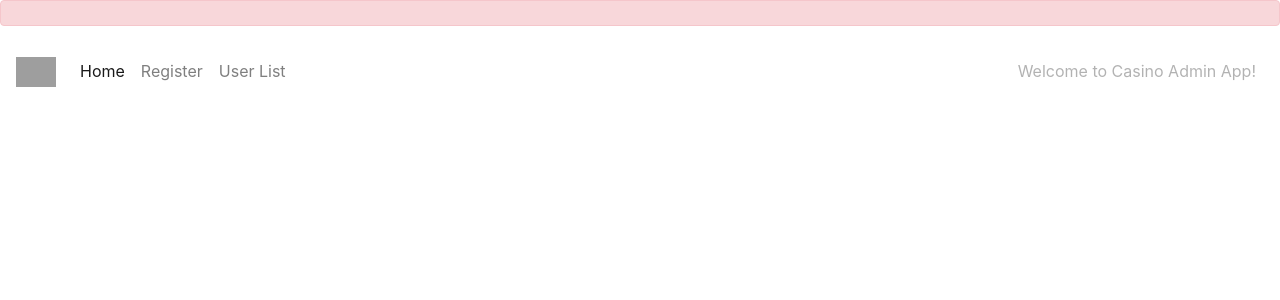
Repository: piyushrulesyou/CasinoGameApplication
Page: http://localhost/adminPanel/
These files come from the project's save history. The page is drawn as it stood at one moment and after the next save; the edit follows.
The browser window is 1280 px wide. The pictures show the whole page.
Pictures or frames that could not be fetched are drawn as grey boxes. The page is served by Tomcat 9. Nobody is signed in. The application's start-up code is not run. Other server files are loaded and not shown.

Above is the page before, as saved 2019-10-31 11:28:31.

### AdminPanel/adminPanel/src/main/webapp/index.jsp
<%@ taglib uri="http://java.sun.com/jsp/jstl/core" prefix="c"%>

<%@ page language="java" contentType="text/html; charset=ISO-8859-1"
	pageEncoding="ISO-8859-1" isELIgnored="false"%>

<!DOCTYPE html>
<html>
<head>
<title>Admin HomePage</title>
<meta charset="utf-8">

<meta name="viewport" content="width=device-width, initial-scale=1">


<link rel="stylesheet"
	href="https://maxcdn.bootstrapcdn.com/bootstrap/4.3.1/css/bootstrap.min.css">
<script
	src="https://ajax.googleapis.com/ajax/libs/jquery/3.4.1/jquery.min.js"></script>
<script
	src="https://cdnjs.cloudflare.com/ajax/libs/popper.js/1.14.7/umd/popper.min.js"></script>
<script
	src="https://maxcdn.bootstrapcdn.com/bootstrap/4.3.1/js/bootstrap.min.js"></script>
</head>
<body>
	<!-- 	background="https://images.fineartamerica.com/images/artworkimages/mediumlarge/2/collection-of-las-vegas-casino-chips-1-aloha-art.jpg"> -->


	<c:if test="${successMessage != null}">
		<div class="alert alert-success">
			<strong>Success!</strong> Customer with ID
			${successMessageRegistration} Registered Successfully!!
		</div>
	</c:if>

	<c:if test="${!statusMessage}">
		<div class="alert alert-danger">

		</div>
	</c:if>


	<!-- 	<nav class="navbar navbar-expand-sm bg-dark navbar-dark"> -->
	<nav class="navbar navbar-expand-sm navbar-light bg-faded">
		<a class="navbar-brand" href="#"> <img
			src="https://www.slotnite.com/images/sliders/livecasino/casino1.png"
			alt="logo" style="width: 40px;">
		</a>

		<!-- Links -->
		<ul class="navbar-nav mr-auto">
			<li class="nav-item"><a class="nav-link active" href="#">Home</a></li>
			<li class="nav-item"><a class="nav-link" href="RegisterUser.jsp">Register</a></li>
			<li class="nav-item"><a class="nav-link" href="#">User List</a></li>
		</ul>
		<ul class="navbar-nav">
			<li class="nav-item"><span class="nav-link disabled">Welcome
					to Casino Admin App!</span></li>
		</ul>
	</nav>



</body>
</html>

After the next save:
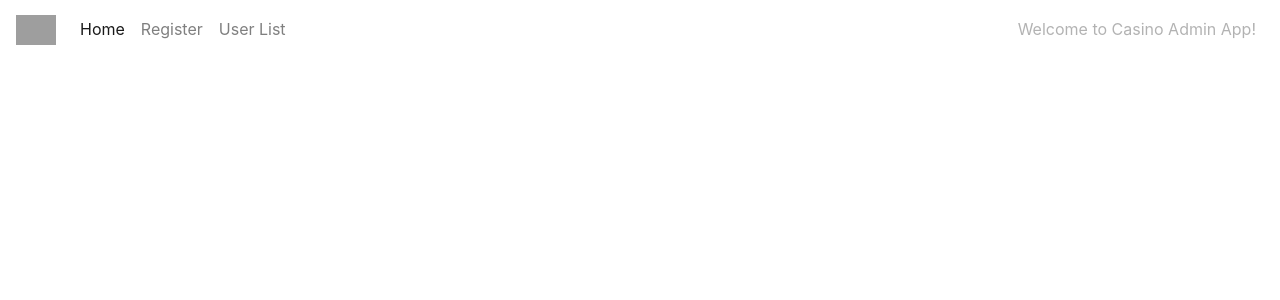
Saved 6 s later.
--- a/AdminPanel/adminPanel/src/main/webapp/index.jsp
+++ b/AdminPanel/adminPanel/src/main/webapp/index.jsp
@@ -32,13 +32,6 @@
 		</div>
 	</c:if>
 
-	<c:if test="${!statusMessage}">
-		<div class="alert alert-danger">
-
-		</div>
-	</c:if>
-
-
 	<!-- 	<nav class="navbar navbar-expand-sm bg-dark navbar-dark"> -->
 	<nav class="navbar navbar-expand-sm navbar-light bg-faded">
 		<a class="navbar-brand" href="#"> <img
